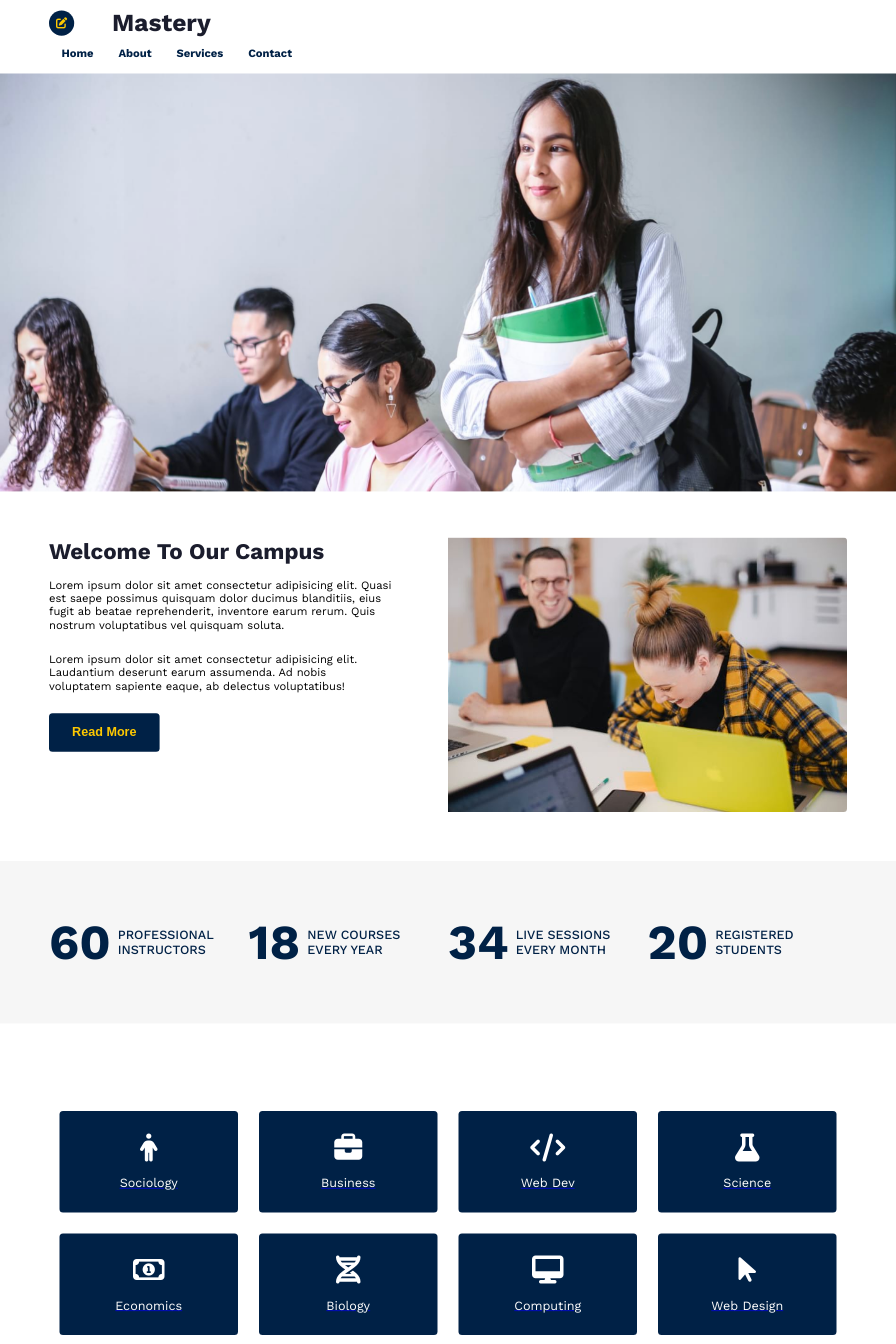
Repository: giahuy405/BC38__Mastery__Pham_Gia_Huy
Page: index.html
The author's editor kept a copy of each file at every save. The page is drawn from the files as they stood at one save, then again after the next save.
The browser window is 1280 px wide. The pictures show the part of the page from y = 0 to 1920 px (the page is 2830 px tall), at 70% of full size.
The pointer rests on the first visible `.welcome__content button`.

Above is the page before, as saved 2022-09-10 15:28:59.

After the next save:
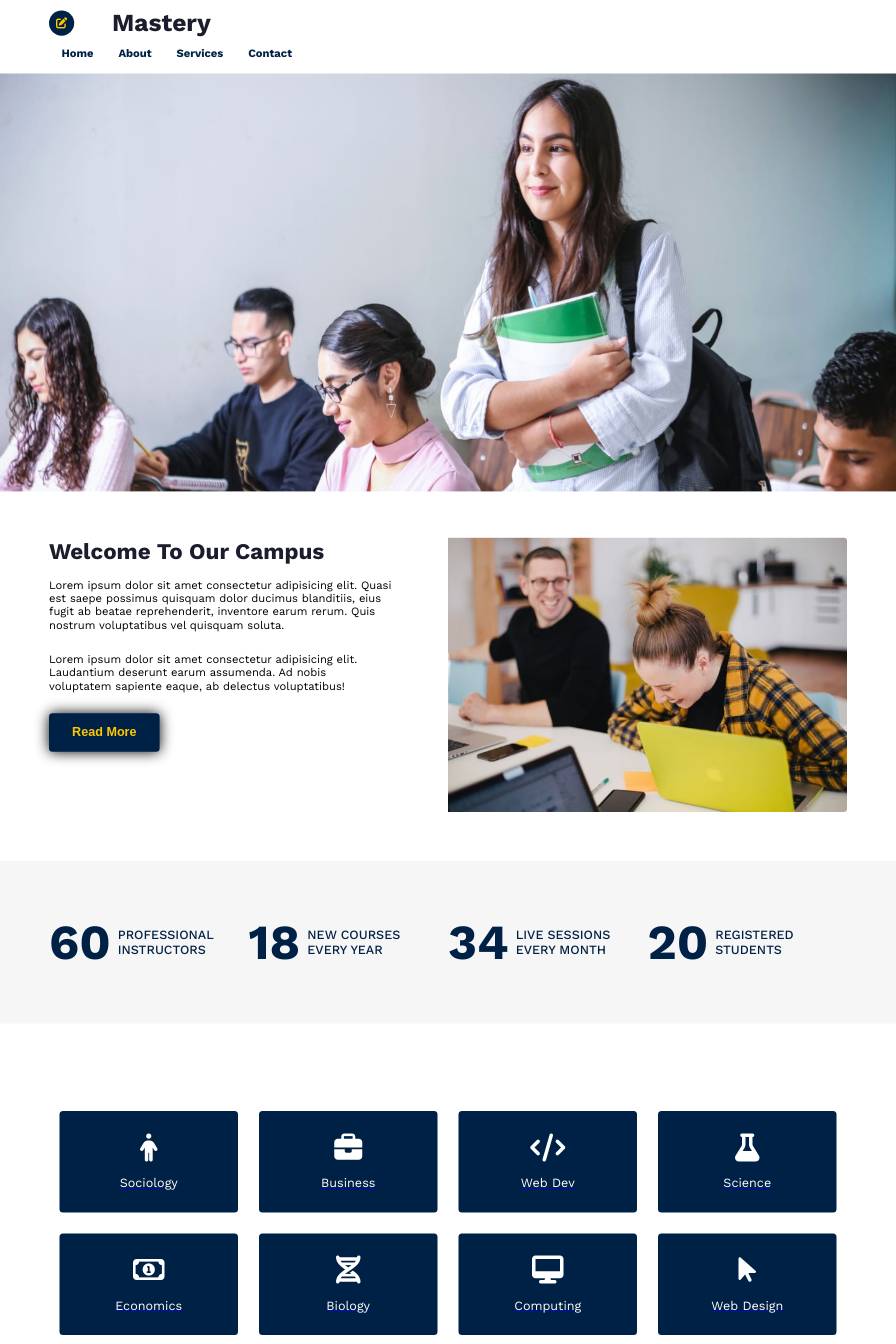
Saved 9 s later.
--- a/css/index.css
+++ b/css/index.css
@@ -107,7 +107,7 @@ height: 597px;
 .welcome__content button:hover,.news__button:hover{
     background-color: #002146;
     color: #fdc800;
-    box-shadow: 5px black;
+    box-shadow: 0px 0px 20px black;
 }
 .welcome__content,.welcome__img{
     width: 50%;
